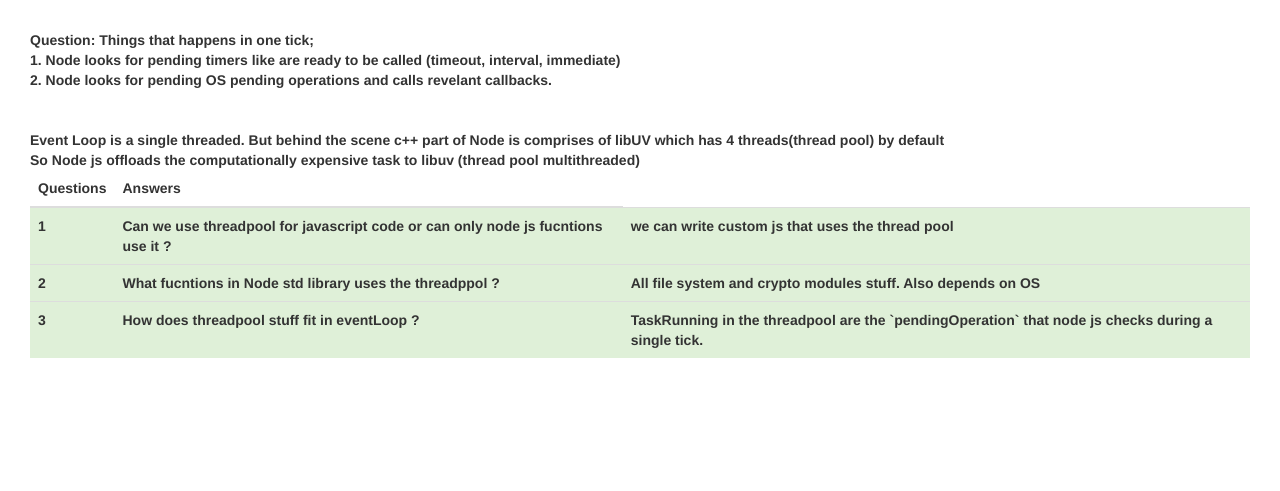
Repository: rahil001/preparation
Page: javascriptPrac/index.html
The author's editor kept a copy of each file at every save. The page is drawn from the files as they stood at one save, then again after the next save.
The browser window is 1280 px wide. The pictures show the whole page.

Above is the page before, as saved 2019-10-27 22:12:10.

After the next save:
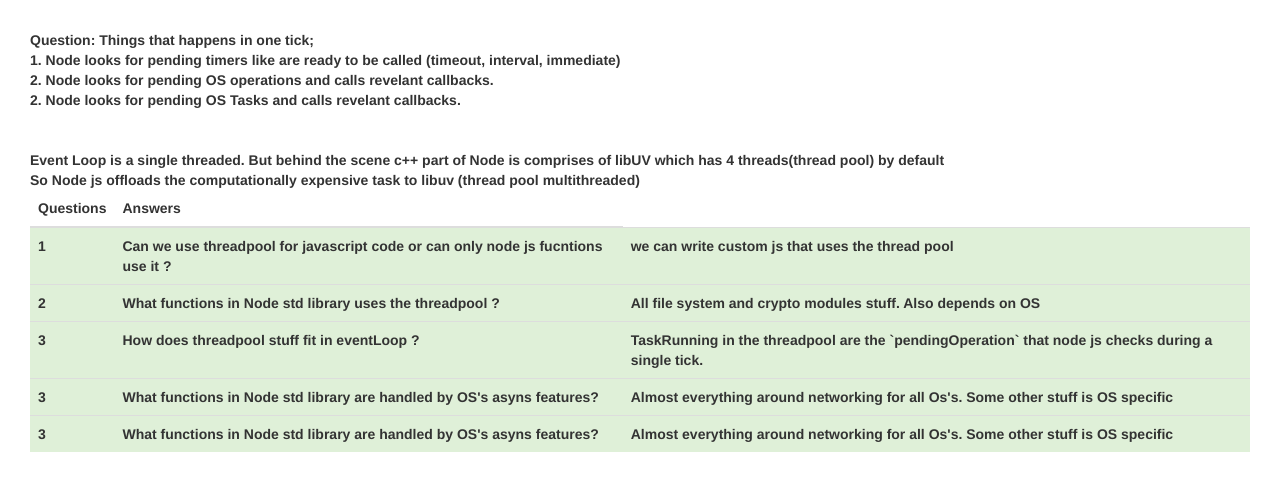
Saved 23 min 44 s later.
--- a/javascriptPrac/index.html
+++ b/javascriptPrac/index.html
@@ -24,7 +24,10 @@
         1. Node looks for pending timers like  are ready to be called (timeout, interval, immediate)
         </div>
         <div>
-        2. Node looks for pending OS pending operations and calls revelant callbacks.
+        2. Node looks for pending OS operations and calls revelant callbacks.
+        </div>
+        <div>
+        2. Node looks for pending OS Tasks and calls revelant callbacks.
         </div>
     </div>
     <div class="singleT">
@@ -46,13 +49,23 @@
           </tr>
           <tr class="table-info success">
             <th scope="row">2</th>
-            <td>What fucntions in Node std library uses the threadppol ?</td>
+            <td>What functions in Node std library uses the threadpool ?</td>
             <td>All file system and crypto modules stuff. Also depends on OS</td>
           </tr>
           <tr class="table-info success">
             <th scope="row">3</th>
             <td>How does threadpool stuff fit in eventLoop ?</td>
             <td>TaskRunning in the threadpool are the `pendingOperation` that node js checks during a single tick.</td>
+          </tr>
+          <tr class="table-info success">
+            <th scope="row">3</th>
+            <td>What functions in Node std library are handled by OS's asyns features?</td>
+            <td>Almost everything around networking for all Os's. Some other stuff is OS specific</td>
+          </tr>
+          <tr class="table-info success">
+            <th scope="row">3</th>
+            <td>What functions in Node std library are handled by OS's asyns features?</td>
+            <td>Almost everything around networking for all Os's. Some other stuff is OS specific</td>
           </tr>
         </tbody>
       </table>
